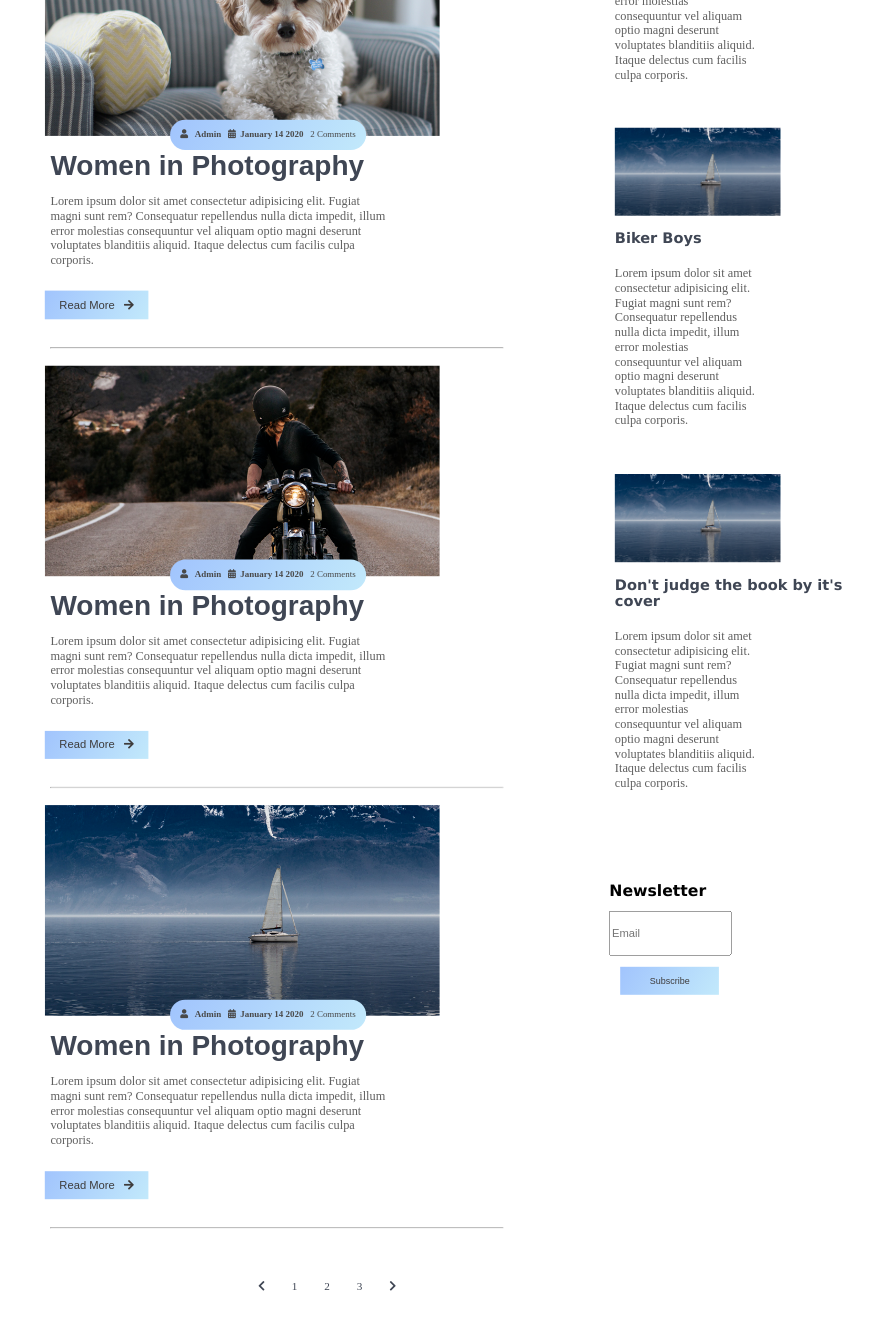
Repository: premjawaharp/Blogsite
Page: index.html
An editor plug-in stored every save of this project. The page is shown before and after a run of saves, followed by the edit.
The browser window is 1280 px wide. The pictures show the part of the page from y = 2033 to 3953 px (the page is 3953 px tall), at 70% of full size.

Above is the page before, as saved 2020-09-16 21:28:48.

### index.html
<!DOCTYPE html>
<html lang="en">
<head>
    <meta charset="UTF-8">
    <meta name="viewport" content="width=device-width, initial-scale=1.0">
    <title>Blogger</title>

    <!--Font Awesome style-->
    <link rel="stylesheet" href="css/all.css">

    <!-- Owl Carousel style -->
    <link rel="stylesheet" href="./css/owl.carousel.min.css">
    <link rel="stylesheet" href="./css/owl.theme.default.css">

    <!--Custom style-->
    <link rel="stylesheet" href="css/style.css">
</head>
<body>
    <!------------- Navigation ------------------>
   <nav class="nav">
        <div class="nav-menu flex-row">
            <div class="nav-brand">
                <a href="#" class="text-gray">Premonation</a>
            </div>
            <div class="toggle-collapse">
                <div class="toggle-icons">
                    <i class="fas fa-bars"></i>
                </div>
            </div>
            <div>
                <ul class="nav-items">
                    <li class="nav-link">
                        <a href="#">Home</a>
                    </li>
                    <li class="nav-link">
                        <a href="#">Category</a>
                    </li>
                    <li class="nav-link">
                        <a href="#">Archive</a>
                    </li>
                    <li class="nav-link">
                        <a href="#">Pages</a>
                    </li>
                    <li class="nav-link">
                        <a href="#">Contact Us</a>
                    </li>
                </ul>
            </div>
            <div class="social text-gray">
                    <a href="#"><i class="fab fa-facebook-f"></i></a>
                    <a href="#"><i class="fab fa-instagram"></i></a>
                    <a href="#"><i class="fab fa-twitter"></i></a>
                    <a href="#"><i class="fab fa-youtube"></i></a>
            </div>
        </div>
    </nav>
    <!-----x------- Navigation --------x--------->

    <!-- Main site section -->
    <main>
        <!---- Site title ---->
        <section class="site-title">
            <div class="site-background">
                <h3>Tours & Travels</h3>
                <h1>Amazing Place on Earth</h1>
                <button class="btn">Explore</button>
            </div>
        </section>
        <!-- x Site title x -->
        <!-- Blog Carousel content -->
        <section>
            <div class="blog">
                <div class="container">
                    <div class="owl-carousel owl-theme blogpost">
                        <div class="blog-content">
                            <img src="./assets/Blog-post/post-1.jpg" alt="post1">
                            <div class="blog-title">
                                <h3>London Fashion Week</h3>
                                <button class="btn">Fashion</button>
                            </div>
                        </div>
                        <div class="blog-content">
                            <img src="./assets/Blog-post/post-2.jpg" alt="post2">
                            <div class="blog-title">
                                <h3>London Fashion Week</h3>
                                <button class="btn">Fashion</button>
                            </div>
                        </div>
                        <div class="blog-content">
                            <img src="./assets/Blog-post/post-3.jpg" alt="post3">
                            <div class="blog-title">
                                <h3>London Fashion Week</h3>
                                <button class="btn">Fashion</button>
                            </div>
                        </div>
                        <div class="blog-content">
                            <img src="./assets/Blog-post/post-1.jpg" alt="post1">
                            <div class="blog-title">
                                <h3>London Fashion Week</h3>
                                <button class="btn">Fashion</button>
                            </div>
                        </div>

                    </div>
                    <div class="owl-navigation">
                        <span class="owl-nav-prev"><i class="fas fa-long-arrow-alt-left"></i></span>
                        <span class="owl-nav-next"><i class="fas fa-long-arrow-alt-right"></i></span>
                    </div>
                </div>
            </div>
        </section>
        <!-- x Blog Carousel content x -->

        <!---- Site Content ---->

        <section class="container">
            <div class="site-content">
                <div class="posts">
                    <div class="post-content">
                        <div class="post-image">
                            <div>
                                <img  src="./assets/Blog-post/blog1.png" class="img" alt="blog1">
                            </div>
                            <div class="post-info flex-row">
                                <span><i class="fas fa-user text-gray">&nbsp;&nbsp; Admin</i></span>&nbsp;
                                <span><i class="fas fa-calendar-alt text-gray">&nbsp;&nbsp;January 14 2020</i></span>&nbsp;
                                <span class="text-gray">2 Comments</span>
                            </div>
                        </div>
                        <div class="post-title">
                            <a href="#"><h1>Women in Photography</h1></a>
                            <p>Lorem ipsum dolor sit amet consectetur adipisicing elit.
                                Fugiat magni sunt rem? Consequatur repellendus nulla dicta impedit, illum error molestias consequuntur vel aliquam optio magni deserunt voluptates blanditiis aliquid. Itaque delectus cum facilis culpa corporis.</p>
                        </div>
                        <button class="btn post-btn">Read More &nbsp; <i class="fas fa-arrow-right"></i></button>
                    </div>
                    <hr>
                    <div class="post-content">
                        <div class="post-image">
                            <div>
                                <img  src="./assets/Blog-post/blog2.png" class="img" alt="blog">
                            </div>
                            <div class="post-info flex-row">
                                <span><i class="fas fa-user text-gray">&nbsp;&nbsp; Admin</i></span>&nbsp;
                                <span><i class="fas fa-calendar-alt text-gray">&nbsp;&nbsp;January 14 2020</i></span>&nbsp;
                                <span class="text-gray">2 Comments</span>
                            </div>
                        </div>
                        <div class="post-title">
                            <a href="#"><h1>Women in Photography</h1></a>
                            <p>Lorem ipsum dolor sit amet consectetur adipisicing elit.
                                Fugiat magni sunt rem? Consequatur repellendus nulla dicta impedit, illum error molestias consequuntur vel aliquam optio magni deserunt voluptates blanditiis aliquid. Itaque delectus cum facilis culpa corporis.</p>
                        </div>
                        <button class="btn post-btn">Read More &nbsp; <i class="fas fa-arrow-right"></i></button>
                    </div>
                    <hr>
                    <div class="post-content">
                        <div class="post-image">
                            <div>
                                <img  src="./assets/Blog-post/blog3.png" class="img" alt="blog3">
                            </div>
                            <div class="post-info flex-row">
                                <span><i class="fas fa-user text-gray">&nbsp;&nbsp; Admin</i></span>&nbsp;
                                <span><i class="fas fa-calendar-alt text-gray">&nbsp;&nbsp;January 14 2020</i></span>&nbsp;
                                <span class="text-gray">2 Comments</span>
                            </div>
                        </div>
                        <div class="post-title">
                            <a href="#"><h1>Women in Photography</h1></a>
                            <p>Lorem ipsum dolor sit amet consectetur adipisicing elit.
                                Fugiat magni sunt rem? Consequatur repellendus nulla dicta impedit, illum error molestias consequuntur vel aliquam optio magni deserunt voluptates blanditiis aliquid. Itaque delectus cum facilis culpa corporis.</p>
                        </div>
                        <button class="btn post-btn">Read More &nbsp; <i class="fas fa-arrow-right"></i></button>
                    </div>
                    <hr>
                    <div class="post-content">
                        <div class="post-image">
                            <div>
                                <img  src="./assets/Blog-post/blog4.png" class="img" alt="blog3">
                            </div>
                            <div class="post-info flex-row">
                                <span><i class="fas fa-user text-gray">&nbsp;&nbsp; Admin</i></span>&nbsp;
                                <span><i class="fas fa-calendar-alt text-gray">&nbsp;&nbsp;January 14 2020</i></span>&nbsp;
                                <span class="text-gray">2 Comments</span>
                            </div>
                        </div>
                        <div class="post-title">
                            <a href="#"><h1>Women in Photography</h1></a>
                            <p>Lorem ipsum dolor sit amet consectetur adipisicing elit.
                                Fugiat magni sunt rem? Consequatur repellendus nulla dicta impedit, illum error molestias consequuntur vel aliquam optio magni deserunt voluptates blanditiis aliquid. Itaque delectus cum facilis culpa corporis.</p>
                        </div>
                        <button class="btn post-btn">Read More &nbsp; <i class="fas fa-arrow-right"></i></button>
                    </div>
                    <hr>
                    <div class="pagination flex-row">
                        <a href="#"><i class="fas fa-chevron-left"></i></a>
                        <a href="#" class="page">1</a>
                        <a href="#" class="page">2</a>
                        <a href="#" class="page">3</a>
                        <a href="#" ><i class="fas fa-chevron-right"></i></a>
                    </div>
                </div>
                <aside class="sidebar">
                    <div class="category">
                        <h3>Category</h3>
                        <ul class="category-list">
                            <li class="list-items">
                                <a href="#">Software</a>
                                <span>(05)</span>
                            </li>
                            <li class="list-items">
                                <a href="#">Technology</a>
                                <span>(03)</span>
                            </li>
                            <li class="list-items">
                                <a href="#">Lifestyle</a>
                                <span>(02)</span>
                            </li>
                            <li class="list-items">
                                <a href="#">Shopping</a>
                                <span>(06)</span>
                            </li>
                            <li class="list-items">
                                <a href="#">Food</a>
                                <span>(04)</span>
                            </li>
                        </ul>
                    </div>
                    <div class="popular-post">
                        <h3>Popular Posts</h3>
                        <div class="post-content">
                            <div class="post-image">
                                <div>
                                    <img  src="./assets/Blog-post/blog4.png" class="img" alt="blog3">
                                </div>

                            </div>
                            <div class="post-title">
                                <a href="#"><h4>Women in Photography</h4></a>
                                <p>Lorem ipsum dolor sit amet consectetur adipisicing elit.
                                    Fugiat magni sunt rem? Consequatur repellendus nulla dicta impedit, illum error molestias consequuntur vel aliquam optio magni deserunt voluptates blanditiis aliquid. Itaque delectus cum facilis culpa corporis.</p>
                            </div>
                        </div>
                        <div class="post-content">
                            <div class="post-image">
                                <div>
                                    <img  src="./assets/Blog-post/blog4.png" class="img" alt="blog3">
                                </div>
                            </div>
                            <div class="post-title">
                                <a href="#"><h4>Biker Boys</h4></a>
                                <p>Lorem ipsum dolor sit amet consectetur adipisicing elit.
                                    Fugiat magni sunt rem? Consequatur repellendus nulla dicta impedit, illum error molestias consequuntur vel aliquam optio magni deserunt voluptates blanditiis aliquid. Itaque delectus cum facilis culpa corporis.</p>
                            </div>
                        </div>
                        <div class="post-content">
                            <div class="post-image">
                                <div>
                                    <img  src="./assets/Blog-post/blog4.png" class="img" alt="blog3">
                                </div>
                            </div>
                            <div class="post-title">
                                <a href="#"><h4>Don't judge the book by it's cover</h4></a>
                                <p>Lorem ipsum dolor sit amet consectetur adipisicing elit.
                                    Fugiat magni sunt rem? Consequatur repellendus nulla dicta impedit, illum error molestias consequuntur vel aliquam optio magni deserunt voluptates blanditiis aliquid. Itaque delectus cum facilis culpa corporis.</p>
                            </div>
                        </div>
                        <div class="news-letter">
                            <div class="news-form">
                                <h3>Newsletter</h3>
                                <div class="news-inputs">
                                    <input type="text" class='input-element' placeholder="Email">
                                    <button class="new-form-btn btn">Subscribe</button>
                                </div>

                            </div>
                        </div>

                    </div>
                </aside>

            </div>
        </section>
        <!-- x Site Content x -->

    </main>

    <!-- x Main site section x -->

    <!-- Jquery library -->
    <script src="js/jquery3.5.1.min.js"></script>
    <!-- Owl Carousel Js -->
    <script src="js/owl.carousel.min.js"></script>
    <!-- Custom javascript -->
    <script src="js/script.js"></script>



</body>
</html>

### css/style.css
@import url('./fonts.css');

html,body{
    margin: 0%;
    box-sizing: border-box;
    overflow-x: hidden;
}

:root{

    /*--------- theme font-family --------- */
    --Montserrat: Montserrat, 'Courier New';
    --Monsterrat-bold: Montserrat-Medium;
    --Anton-regular: Anton-Regular;

    /* theme color */
    --text-gray: #3f4654;
    --light-grey: rgb(73, 73, 73);
    --text-light: #5f5f5f;
    --bg-color: black;
    --white: white;
    --mild-grey: rgb(194, 197, 197);
    --midnight: rgb(21, 37, 37);

    /* --------gradient color -------- */
    --sky-blue: linear-gradient(to top, #fff1eb 0%, #ace0f9 100%);
    --mel-green: linear-gradient(to top, #c1dfc4 0%, #deecdd 100%);
    --rare-wind: linear-gradient(to top, #f8d8e8 0%, #c8eef5 100%);
    --water-sky: linear-gradient(120deg, #a1c4fd 0%, #c2e9fb 100%);;

}




/* --------global classes-------- */
a{
    text-decoration: none;
    color: var(--text-gray);
}

.flex-row{
    display: flex;
    flex-direction:row ;
    flex-wrap: wrap;
}

ul{
    list-style-type: none;
}

h1{
    font-family: sans-serif;
    font-size: 2.5rem;
}

h3{
    font-family: Geneva;
    font-size: 1.4rem;
}

h4{
    font-family: Geneva;
    font-size: 1.3rem;
}


button.btn{
    border: none;
    border-radius: 4rem;
    padding: 1rem 3rem;
    font-family: sans-serif;
    font-size: 1rem;
    color: rgb(62, 60, 60);
    cursor: pointer;
}

.container{
    margin: 0 5vw;
}

.text-gray{
    color: var(--light-grey);
}

p{
    color: var(--text-light);
    font-size: 1.1rem;
    margin-right: 40%;
}

/* ----x----global classes---x----- */



/* --------navbar-------- */
.nav {
   background: white;
    padding: 0 2rem;
    height: 0rem;
    min-height: 8vh;
    overflow: hidden;
    transition: .5s ease-in;
}
.nav-brand {
    font-size: 1.6rem;
    padding: 1.6rem 0;
    font-family: var(--Monsterrat-bold) ;
}

.nav .nav-menu{
    justify-content: space-between;
    font-family: var(--Montserrat)
}

.nav .toggle-collapse{
    position: absolute;
    top:0%;
    width: 90%;
    cursor: pointer;
    display: none;
}
.nav .toggle-collapse .toggle-icons{
    display: flex;
    justify-content: flex-end;
    padding: 1.7rem 0;
}
.nav .toggle-collapse .toggle-icons i{
    font-size: 1.4rem;
    color: var(--midnight);
}


.collapse{
    height: 30rem;
}

.nav .nav-items{
    display: flex;
    margin: 0;
    padding: .5rem;

}
.nav-link{
    padding: 1.6rem 1rem;
    font-size: 1.1rem;
    position: relative;
}
.nav-link:hover{
    background-color: rgb(52, 65, 62);
}

.collapse{
    height: 30rem;
}
.nav-link:hover a{
    color: white
}

.nav .social{
    padding: 2rem;
}

.nav .social i{
    padding: 0 .3rem;
}
.nav .social i:hover{
    color: var(--mild-grey)
}

/* ----x----navbar----x---- */

/* Main Content */


/* --- Site title --- */

main .site-title{
    background:url('../assets/Background-image.png');
    background-size: cover;
    height: 100vh;
    display: flex;
    justify-content: center;
}

main .site-title .site-background{
    padding: 10rem;
    text-align: center;
    color: var(--white);
}

main .site-title h1,h3{
    margin: .3rem;
}
main .site-title .btn{
    margin: 1.8rem;
    background: var(--sky-blue);
}

main .site-title .btn:hover{
    background: transparent ;
    border:1px solid rgb(207, 226, 179);
    color:whitesmoke
}

/* ---x Site title x--- */

/*---- blog-carousal -----*/
main .blog{
    background: url('../assets/Abract01.png');
    background-repeat: no-repeat;
    background-position: right;
    height: 70vh;
    width: 100%;
    background-size: 55%;

}

main .blog .blogpost{
    padding-top: 6rem;
}

main .blog .blog-content{
    display: flex;
    flex-direction: column;
    text-align: center;
    width: 70%;
    margin: 3rem 2rem;
    box-shadow: 0 15px 20px grey;
}

main .blog-content .blog-title{
    padding: 2rem 0;
}

main .blog-content .btn{
    background: var(--rare-wind);
    margin: .5rem;
}

section .container .owl-nav{
    position: absolute;
    top:10%;
    width: 100%;
}

section .container .owl-nav .owl-nav-prev,
.container .owl-nav .owl-nav-next{
    color: rgb(78, 77, 77);
    font-size: 2rem;
    background: transparent;
}

.owl-theme .owl-nav [class*='owl-']:hover {
    background: transparent;
    color:grey;
    text-decoration: none;
    outline: none;

}

/*---x blog-carousal x----*/

/* Site Content */
main .site-content{
    display: grid;
    grid-template-columns: 70% 30%;
}

main .post-content .post-title a{
    width: 100%;
    margin-bottom: 5rem;
}
main .post-content .post-title h1{
   margin:0rem
}
/* x Site Content x */

.post-image, .post-title{
    padding: 1rem 0rem;
    position: relative;

}

main .site-content .post-content > .post-image .post-info{
    background: var(--water-sky);
    padding: .7rem;
    font-size: .8rem;
    position: absolute;
    bottom: 0%;
    left: 14vw;
    border-radius: 4rem;

}

main .site-content .post-content > .post-image div{
    overflow: hidden;
}

main .site-content .post-content > .post-image .img{
    width: 70%;
    transition: all 1s ease;
}
main .site-content .post-content > .post-image .img:hover{
    transform: scale(1.2);
}

main .site-content .post-content > .post-image .post-info span{
    margin: .2rem
}

main .post-content .post-title a{
    font-size: 1.5rem;
}

main .post-content{
    width: 100%;
    padding-bottom: 2rem;

}

main .post-content .post-btn {
    border-radius: 0;
    padding: .7rem 1.3rem;
    margin-left: 0rem;
    background: var(--water-sky);
}

.site-content .pagination{
    justify-content: center;
    margin: 4rem 0;
}
.site-content .pagination a{
    padding: .6rem .9rem;
    border-radius: 2rem;
    margin:0 .3rem;
}

.site-content .pagination .page{

    color: var(--text-gray);
}

.site-content .pagination .page:hover{
    cursor: pointer;
    color: white;
    background:var(--text-gray);
}

/*--x Site Content x--*/

/* ---sidebar--- */
.site-content >.sidebar .category-list {
    padding: 0rem 0rem;
    margin: 0rem 0rem;
    width: 80%;
}
.site-content >.sidebar .category-list .list-items{
    background: var(--water-sky);
    padding: .7rem 1rem;
    margin:1rem 0rem;
    border-radius: 2rem;
    width: 60%;
    display: flex;
    justify-content: space-between;

}
.site-content > .sidebar .category-list .list-items:hover {
    cursor: pointer;
    transform: scale(1.1);
    transition: all .5s ease-in-out;
}

.site-content >.sidebar .category-list{
    font-family: sans-serif;
    color: var(--text-gray);
}
.site-content .posts hr{
    margin-left: .5rem;
    width: 80%;

}
.popular-post h3{
    padding-top: 4rem;
    padding-bottom: 1rem;
}
.popular-post h4{
    margin-top: 0rem;
}
.sidebar .popular-post .post-image,.post-title{
    padding-left: .5rem;
    padding-top: 0rem;
}
.news-form h3{
    margin:0rem;
    padding-bottom: 1rem;
}
.news-letter .news-form input{
    width: 13vw;
    height: 8vh;
    font-size: 1rem;
}
.news-inputs{
    display: flex;
    width: 50%;
    flex-direction: column;
}
main .news-letter .news-form .new-form-btn {
    border-radius: 0;
    padding: .8rem 2.3rem;
    margin: 1rem;
    background: var(--water-sky);
    font-size:1vw;
}




/* -x--sidebar--x- */
/* x Main Content x */
@media only screen and (max-width: 750px){
    .nav .nav-menu, .nav-items{
        flex-direction: column;
    }

    .nav .toggle-collapse{
        display: initial;
    }

}

/* viewoprt less than or equal to 750px */

### css/fonts.css
@font-face{
    font-family: Montserrat;
    src: url(../Montserrat/Montserrat-Light.ttf)
}
@font-face{
    font-family: Montserrat-Bold;
    src: url(../Montserrat/Montserrat-Bold.ttf)
}
@font-face{
    font-family: Montserrat-SemiBold;
    src: url(../Montserrat/Montserrat-SemiBold.ttf)
}
@font-face{
    font-family: Montserrat-Medium;
    src: url(../Montserrat/Montserrat-Regular.ttf)
}

@font-face{
    font-family: Anton-Regular;
    src: url(../Anton/Anton-Regular.ttf)
}

Loaded but not shown: css/all.css (library); css/owl.carousel.min.css (library); css/owl.theme.default.css (common file); js/jquery3.5.1.min.js (library); js/owl.carousel.min.js (library); js/script.js (26 lines, source omitted)

After the next 2 saves:
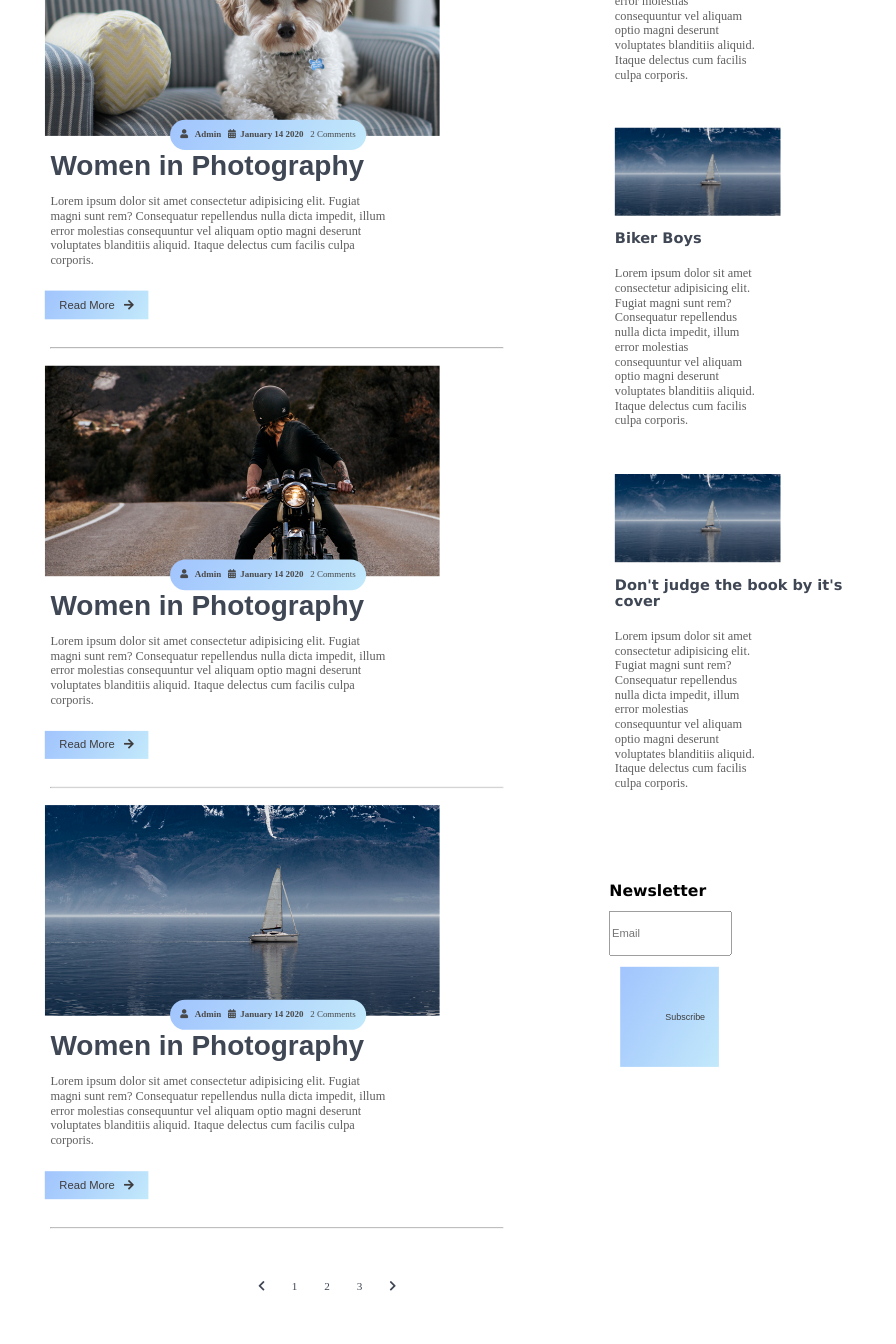
The 2 saves are shown as one change because they came seconds apart.
The last was saved 9 s later.
--- a/css/style.css
+++ b/css/style.css
@@ -407,7 +407,7 @@ main .post-content .post-btn {
 }
 main .news-letter .news-form .new-form-btn {
     border-radius: 0;
-    padding: .8rem 2.3rem;
+    padding: 4rem;
     margin: 1rem;
     background: var(--water-sky);
     font-size:1vw;
